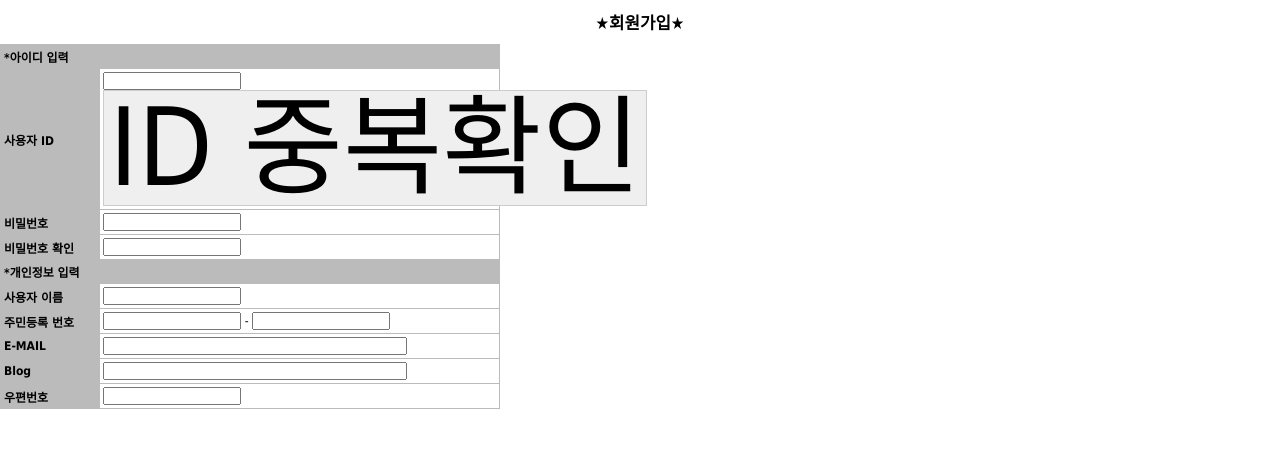
Repository: eParkjongtaek/lovedisket
Page: http://localhost/KH18_1/0904/inputForm.jsp
The author's editor kept a copy of each file at every save. The page is drawn from the files as they stood at one save, then again after the next save.
The browser window is 1280 px wide. The pictures show the whole page.
The page is served by Tomcat 9. Other server files are loaded and not shown.

Above is the page before, as saved 2017-09-04 04:24:22.

### source/KH18_1/WebContent/0904/inputForm.jsp
<%@ page language="java" contentType="text/html; charset=EUC-KR"
    pageEncoding="EUC-KR"%>
<!DOCTYPE html PUBLIC "-//W3C//DTD HTML 4.01 Transitional//EN" "http://www.w3.org/TR/html4/loose.dtd">
<html>
<head>
<meta http-equiv="Content-Type" content="text/html; charset=EUC-KR">
<title>회원가입</title>
<link href="style.css" rel="stylesheet" type="text/css" />

<script type="text/javascript">

function checkIt()
{
	var userinput = eval("document.userinput");
	if(!userinput.id.value)
	{
		alert("ID를 입력하세요!");
		return false;
	}

	if(!userinput.passwd.value)
	{
		alert("비밀번호를 입력하세요!");
		return false;
	}

	if(userinput.passwd.value != userinput.passwd2.value)
	{
		alert("비밀번호가 같아요~");
		return false;
	}

	if(!userinput.name.value)
	{
		alert("이름을 입력하세요!");
		return false;
	}

	if(!userinput.jumin1.value || !userinput.jumin2.value)
	{
		alert("주민등록번호를 입력하세요!");
		return false;
	}


}

</script>

</head>
<body>
	<form action="inputPro.jsp" name="userinput" onsubmit="return checkIt();" method="post">

		<h1>★회원가입★</h1>
		<div id="body">

			<table width="500px;">

				<colgroup>
					<col width="20%"/>
					<col width="*"/>
				</colgroup>

				<tr>
					<th colspan="2" class="subTitle">*아이디 입력</th>
				</tr>
				<tr>
					<th>사용자 ID</th>
					<td>
						<input type="text" name="id" maxlength="12" />
						<input type="button" name="confirm_id" value="ID 중복확인" class="inputBtn" onclick="javascript:openConfirmid(this.form);" />
					</td>
				</tr>
				<tr>
					<th>비밀번호</th>
					<td>
						<input type="password" name="passwd" maxlength="12" />
					</td>
				</tr>
				<tr>
					<th>비밀번호 확인</th>
					<td>
						<input type="password" name="passwd2" maxlength="12" />
					</td>
				</tr>
				<tr>
					<th colspan="2" class="subTitle">*개인정보 입력</th>
				</tr>
				<tr>
					<th>사용자 이름</th>
					<td><input type="text" name="name" maxlength="10" />
				</tr>
				<tr>
					<th>주민등록 번호</th>
					<td>
						<input type="text" name="jumin1" maxlength="6" /> -
						<input type="password" name="jumin2" maxlength="7" />
					</td>
				</tr>
				<tr>
					<th>E-MAIL</th>
					<td>
						<input type="text" name="email" class="w300" maxlength="30" />
					</td>
				</tr>
				<tr>
					<th>Blog</th>
					<td>
						<input type="text" name="blog" class="w300" maxlength="50" />
					</td>
				</tr>
				<tr>
					<th>우편번호</th>
					<td>
						<input type="text" name="zipcode" />
					</td>
				</tr>
			</table>

		</div>

	</form>
</body>
</html>

### source/KH18_1/WebContent/0904/style.css
* {padding:0;margin:0;}
html {font-family: Tahoma, Dotum, "돋움"; font-size: 0.75em; }
body {font-size:1em;text-align:left;}
#wrap {width:500px; margin:0 auto; text-align:left;}
#footer {text-align:center; padding:10px 0;}
#footer input {vertical-align:middle;}
fieldset {border:none;}
legend {display:none; visibility:hidden;}
table {table-layout: fixed; border-collapse: collapse; padding: 0; border-style:solid; border-width:1px 1px 0 1px; border-color:#bbb;}
th {text-align:left; padding:3px; border-collapse:0; border-style:solid; border-width:0 0 1px 0;border-color:#bbb; background:#bbb;}
td {text-align:left; border-collapse:0; border-style:solid; border-width:0 0 1px 0; border-color:#bbb;padding:3px;}
input {font-family:Tahoma, Dotum, "돋움"; font-size:1em;}
td span {font-size:9em; color:#cc0000;}
h1 {font-size:1.4em; text-align:center; padding:10px 0;}
.w300 {width:300px;}
.w380 {wdith:380px;}
.descB {padding:2px 0; display:block;}
th .subTitle {color:#339900; background:#fff !important; padding:8px 0 8px 5px;}
.inputBtn {border:1px solid #ccc; padding:3px 5px; line-height:1em; font-size:9em;}
#footer .inputBtn {font-size:1.2em; font-weight:bold;}

After the next save:
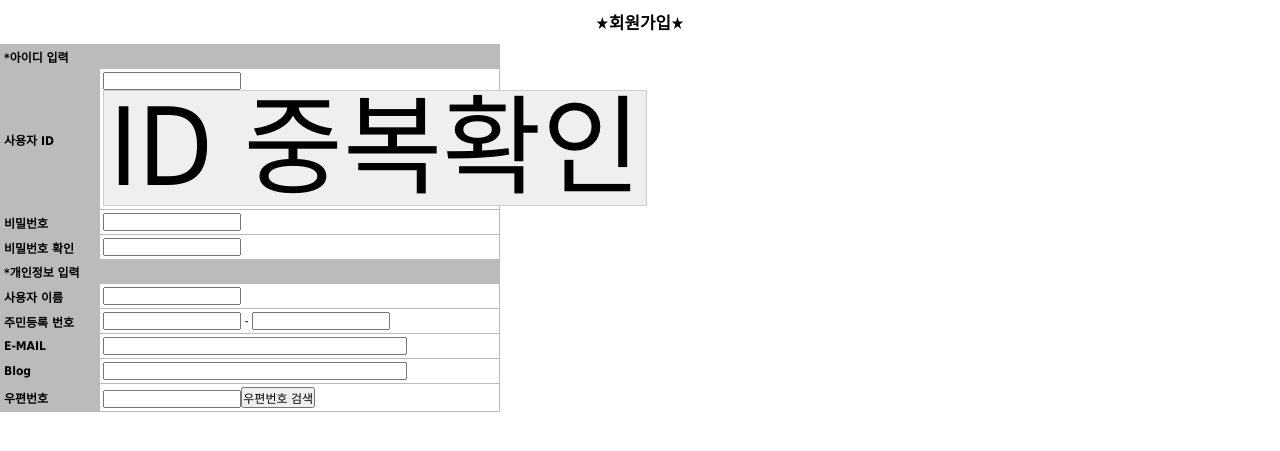
Saved 12 s later.
--- a/source/KH18_1/WebContent/0904/inputForm.jsp
+++ b/source/KH18_1/WebContent/0904/inputForm.jsp
@@ -112,7 +112,7 @@ function checkIt()
 				<tr>
 					<th>우편번호</th>
 					<td>
-						<input type="text" name="zipcode" />
+						<input type="text" name="zipcode" /><input type="button" value="우편번호 검색"
 					</td>
 				</tr>
 			</table>
